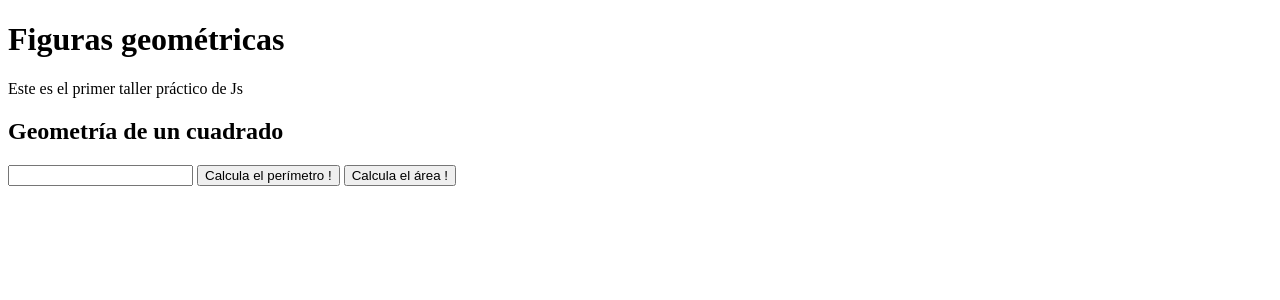
Repository: ChristianGecchelin/javascript-project
Page: javascript-project/figuras-geometricas/figuras.html
These files come from the project's save history. The page is drawn as it stood at one moment and after the next save; the edit follows.
The browser window is 1280 px wide. The pictures show the whole page.

Above is the page before, as saved 2021-12-01 12:03:36.

After the next save:
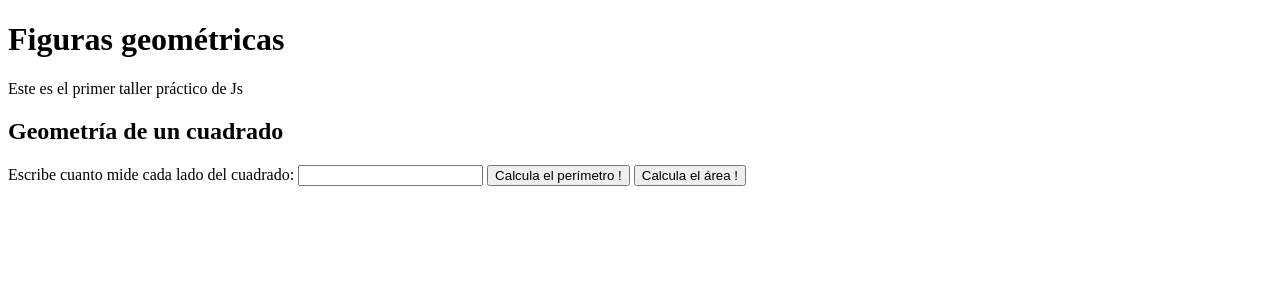
Saved 45 s later.
--- a/javascript-project/figuras-geometricas/figuras.html
+++ b/javascript-project/figuras-geometricas/figuras.html
@@ -14,7 +14,7 @@
     <section>
       <h2>Geometría de un cuadrado</h2>
       <form action="">
-        <label for=""></label>
+        <label for="">Escribe cuanto mide cada lado del cuadrado:</label>
         <input type="number" />
         <button>Calcula el perímetro !</button>
         <button>Calcula el área !</button>
